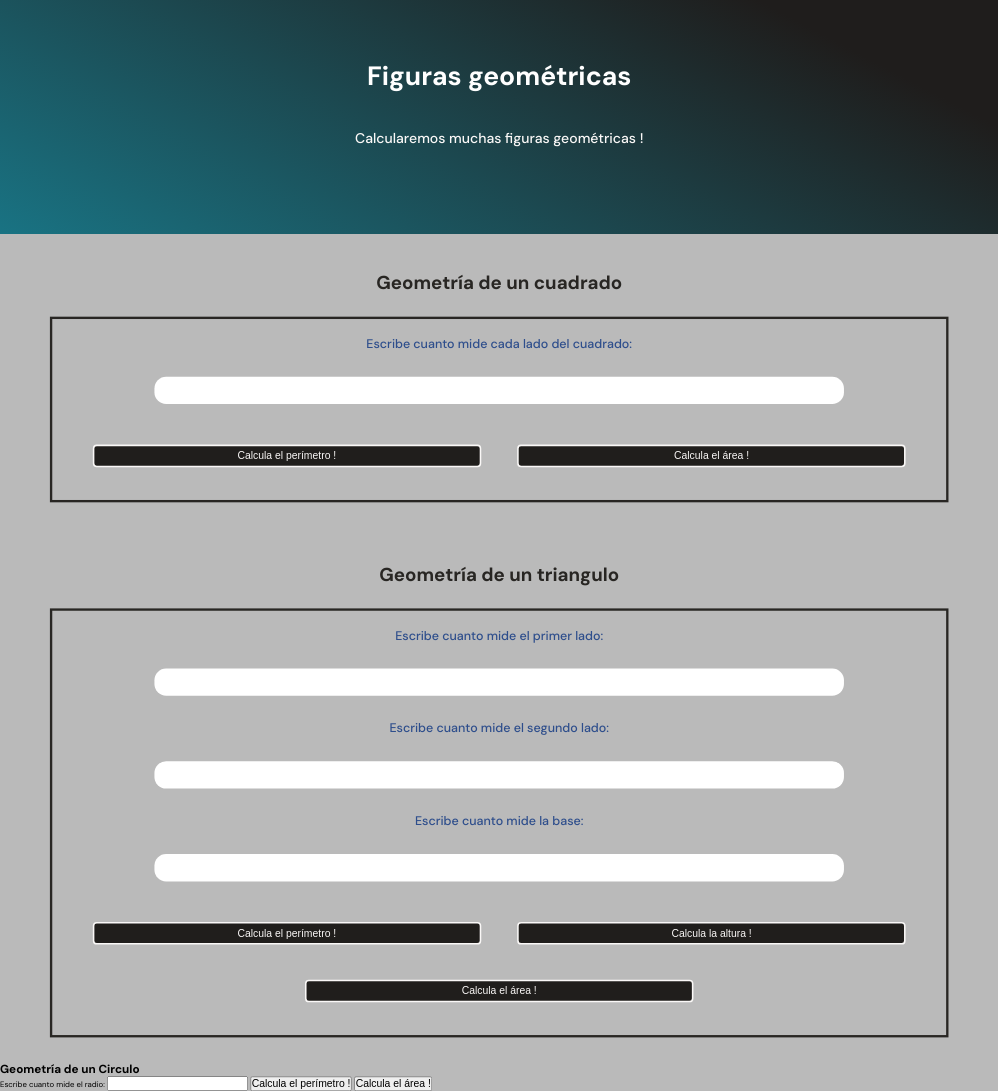
Repository: ChristianGecchelin/javascript-project
Page: javascript-project/figuras-geometricas/figuras.html
These files come from the project's save history. The page is drawn as it stood at one moment and after the next save; the edit follows.
The browser window is 1280 px wide. The pictures show the whole page, at 78% of full size.

Above is the page before, as saved 2021-12-02 00:04:30.

### javascript-project/figuras-geometricas/figuras.html
<!DOCTYPE html>
<html lang="en">
  <head>
    <meta charset="UTF-8" />
    <meta http-equiv="X-UA-Compatible" content="IE=edge" />
    <meta name="viewport" content="width=device-width, initial-scale=1.0" />
    <title>Figuras geométricas | Proyecto 1</title>
    <link rel="preconnect" href="https://fonts.googleapis.com" />
    <link rel="preconnect" href="https://fonts.gstatic.com" crossorigin />
    <link
      href="https://fonts.googleapis.com/css2?family=DM+Sans:wght@400;500;700&family=Inter:wght@300;500&display=swap"
      rel="stylesheet"
    />
    <link rel="stylesheet" href="./style.css" />
  </head>
  <body>
    <header>
      <div class="header--title-container">
        <h1>Figuras geométricas</h1>
        <p>Calcularemos muchas figuras geométricas !</p>
      </div>
    </header>
    <main>
      <section class="main-calculadora-contenedor">
        <h2 class="main-calculadora-contenedor--title">
          Geometría de un cuadrado
        </h2>
        <div class="main-calculadora-form-contenedor">
          <form action="">
            <label class="form--label-input" for=""
              >Escribe cuanto mide cada lado del cuadrado:</label
            >
            <input class="form--input" type="number" id="inputCuadrado" />
            <button
              class="form--input-boton"
              type="button"
              onclick="calcularPerimetroCuadrado()"
            >
              Calcula el perímetro !
            </button>
            <button
              class="form--input-boton"
              type="button"
              onclick="calcularAreaCuadrado()"
            >
              Calcula el área !
            </button>
            <!-- type button, para quitarle el submit por defecto y que no me redireccione a ningun lado -->
          </form>
        </div>
      </section>
      <section class="main-calculadora-contenedor">
        <h2 class="main-calculadora-contenedor--title">
          Geometría de un triangulo
        </h2>
        <div class="main-calculadora-form-contenedor">
          <form action="">
            <label class="form--label-input" for=""
              >Escribe cuanto mide el primer lado:</label
            >
            <input class="form--input" type="number" id="inputLado1" />
            <label class="form--label-input" for=""
              >Escribe cuanto mide el segundo lado:</label
            >
            <input class="form--input" type="number" id="inputLado2" />
            <label class="form--label-input" for=""
              >Escribe cuanto mide la base:</label
            >
            <input class="form--input" type="number" id="inputBase" />
            <button
              class="form--input-boton"
              type="button"
              onclick="calcularPerimetroTriangulo()"
            >
              Calcula el perímetro !
            </button>
            <button
              class="form--input-boton"
              type="button"
              onclick="calcularAlturaTriangulo()"
            >
              Calcula la altura !
            </button>
            <button
              class="form--input-boton"
              type="button"
              onclick="calcularAreaTriangulo()"
            >
              Calcula el área !
            </button>
            <!-- type button, para quitarle el submit por defecto y que no me redireccione a ningun lado -->
          </form>
        </div>
      </section>
      <section>
        <h2>Geometría de un Circulo</h2>
        <form action="">
          <label for="">Escribe cuanto mide el radio:</label>
          <input type="number" id="inputRadio" />
          <button type="button" onclick="calcularPerimetroCirculo()">
            Calcula el perímetro !
          </button>
          <button type="button" onclick="calcularAreaCirculo()">
            Calcula el área !
          </button>
          <!-- type button, para quitarle el submit por defecto y que no me redireccione a ningun lado -->
        </form>
      </section>
    </main>
    <script src="./figurasConFunciones.js"></script>
  </body>
</html>

### javascript-project/figuras-geometricas/style.css
:root {
  --Dark-lightblue: #197383;
  --soft-orange: #ffe9d5;
  --secondary-blue: #1a9af7;
  --soft-blue: #e7f5ff;
  --warm-black: #201e1c;
  --black: #282623;
  --grey: #bababa;
  --off-white: #faf8f7;
  --just-white: #fff;
}
* {
  box-sizing: border-box;
  margin: 0;
  padding: 0;
}
html {
  font-size: 62.5%;
  font-family: "DM Sans", sans-serif;
}
header {
  position: relative;
  display: flex;
  flex-direction: column;
  justify-content: center;
  width: 100%;
  min-width: 320px;
  height: 300px;
  text-align: center;
  background: linear-gradient(207.8deg, #1f1d1c 16.69%, #197383 100%);
}
header .header--title-container {
  width: 90%;
  min-width: 288px;
  max-width: 900px;
  height: 200px;
  text-align: center;
  align-self: center;
}
header .header--title-container h1 {
  margin-top: 30px;
  margin-bottom: 50px;
  font-size: 3.4rem;
  font-weight: 700;
  line-height: 3.6rem;
  color: var(--just-white);
}
header .header--title-container p {
  font-size: 1.8rem;
  font-weight: 500;
  line-height: 2.2rem;
  color: var(--off-white);
}
main {
  width: 100%;
  height: auto;
  background-color: var(--grey);
  min-width: 320px;
}
.main-calculadora-contenedor {
  width: 90%;
  min-width: 280px;
  height: auto;
  margin: 0 auto;
  padding-top: 50px;
  padding-bottom: 30px;
  text-align: center;
}
.main-calculadora-contenedor--title {
  margin-bottom: 30px;
  font-size: 2.4rem;
  font-weight: 700;
  line-height: 2.6rem;
  color: var(--black);
}
.main-calculadora-form-contenedor {
  display: flex;
  flex-direction: column;
  justify-content: center;
  height: auto;
  border: 3px solid var(--black);
  padding: 20px 20px;
}
.main-calculadora-form-contenedor .form--label-input {
  display: block;
  font-size: 1.6rem;
  font-weight: 500;
  line-height: 2.4rem;
  color: rgba(34, 68, 136, 0.92);
}
.main-calculadora-form-contenedor .form--input {
  display: block;
  width: 80%;
  height: 35px;
  margin: 30px auto;
  border: none;
  border-radius: 15px;
  text-align: center;
  font-size: 2rem;
  font-weight: 500;
}
.main-calculadora-form-contenedor .form--input:focus {
  border: 5px solid var(--Dark-lightblue);
  width: 85%;
  border-radius: 15px;
}
.main-calculadora-form-contenedor .form--input-boton {
  width: 45%;
  height: auto;
  margin: 2%;
  padding: 5px 10px;
  border: 2px solid var(--off-white);
  border-radius: 5px;
  background-color: var(--warm-black);
  color: var(--off-white);
}

### javascript-project/figuras-geometricas/figurasConFunciones.js
/* Codigo del cuadrado */
console.group("Cuadrado");
function perimetroCuadrado(lado) {
  return lado * 4;
}
/* console.log(`Perimetro del cuadrado es: ${perimetroCuadrado} cm.`); */
function areaCuadrado(lado) {
  return (
    lado ** 2
  ); /* debe estar escrito de igual manera el parametro que el return */
}

/* console.log(`El area del cuadrado es: ${areaCuadrado} cm^2.`); */
console.groupEnd();

/* Codigo del triangulo */
console.group("Triangulo");

function perimetroTriangulo(lado1, lado2, base) {
  return lado1 + lado2 + base;
}
function calcularAltura(lado1, lado2, lado3) {
  let ladosIguales;
  let ladoBase;
  let altura;

  if (
    lado1 + lado2 <= lado3 ||
    lado1 + lado3 <= lado2 ||
    lado2 + lado3 <= lado1
  ) {
    alert(
      "En un triangulo la base no puede ser mayor a la suma de sus catetos"
    );
  } else {
    switch (true) {
      case lado1 === lado2:
        ladosIguales = lado1;
        ladoBase = lado3;
        break;
      case lado1 === lado3:
        ladosIguales = lado1;
        ladoBase = lado2;
        break;
      case lado3 === lado2:
        ladosIguales = lado2;
        ladoBase = lado1;
        break;
    }
    if (!ladosIguales) {
      alert("Tu triangulo no es isosceles, ingresa la altura");
    } else {
      altura = Math.sqrt(ladosIguales ** 2 - ladoBase ** 2 / 4);
    }
  }
  return ladosIguales, ladoBase, altura;
}
function areaTriangulo(ladoBase, altura) {
  return (
    (ladoBase * altura) / 2
  ); /* tengo que llamar a la funcion altura para pasarle el dato */
}
console.groupEnd();

//Codigo Circulo
console.group("Circulo");
function diametroCirculo(radio) {
  return radio * 2;
}
const pi = Math.PI;
function circunferencia(radio) {
  const diametro = diametroCirculo(radio);
  /* llamo a una funcion dentro de otra y creo una variable que tiene alcance local */
  return diametro * pi;
}
function superficieCirculo(radio) {
  return pi * radio ** 2;
}

console.groupEnd();
/* Creo una funcion, que a traves del id obtengo lo que el usuario ingreso en el input. y con eso le saco el value que le paso
a la funcion que cree antes y es la encargada de hacer el calculo para luego mostrarse en un aler */
function calcularPerimetroCuadrado() {
  const input = document.getElementById("inputCuadrado");
  const value = input.value;
  const perimetro = perimetroCuadrado(value);
  alert(perimetro);
}
function calcularAreaCuadrado() {
  const input = document.getElementById("inputCuadrado");
  const value = input.value;
  const area = areaCuadrado(value);
  alert(area);
}

function calcularPerimetroTriangulo() {
  const inputLado1 = document.getElementById("inputLado1");
  const valueLado1 = Number(inputLado1.value);
  const inputLado2 = document.getElementById("inputLado2");
  const valueLado2 = Number(inputLado2.value);
  const inputBase = document.getElementById("inputBase");
  const valueBase = Number(inputBase.value);
  /* Es importante ponerle number porque por mas que el input tenga type number, este lo transforma como un string */
  const perimetro = perimetroTriangulo(valueLado1, valueLado2, valueBase);
  alert(perimetro);
}

function calcularAlturaTriangulo() {
  const inputLado1 = document.getElementById("inputLado1");
  const valueLado1 = Number(inputLado1.value);
  const inputLado2 = document.getElementById("inputLado2");
  const valueLado2 = Number(inputLado2.value);
  const inputBase = document.getElementById("inputBase");
  const valueBase = Number(inputBase.value);
  const alturaTriangulo = calcularAltura(valueLado1, valueLado2, valueBase);
  alert(alturaTriangulo);
}

function calcularAreaTriangulo() {
  /* const inputAltura = document.getElementById("inputAltura");
  const valueAltura = Number(inputAltura.value);
  const inputBase = document.getElementById("inputBase");
  const valueBase = inputBase.value;
  const area = areaTriangulo(valueAltura, valueBase);
  alert(area); */
  const inputLado1 = document.getElementById("inputLado1");
  const valueLado1 = Number(inputLado1.value);
  const inputLado2 = document.getElementById("inputLado2");
  const valueLado2 = Number(inputLado2.value);
  const inputBase = document.getElementById("inputBase");
  const valueBase = Number(inputBase.value);
  const altura = calcularAltura(valueLado1, valueLado2, valueBase);
  const area = areaTriangulo(valueBase, altura);
  alert(area);
}

function calcularPerimetroCirculo() {
  const inputRadio = document.getElementById("inputRadio");
  const valueRadio = inputRadio.value;
  const perimetro = circunferencia(valueRadio);
  alert(perimetro);
}
function calcularAreaCirculo() {
  const inputRadio = document.getElementById("inputRadio");
  const valueRadio = inputRadio.value;
  const superficie = superficieCirculo(valueRadio);
  alert(superficie);
}

After the next save:
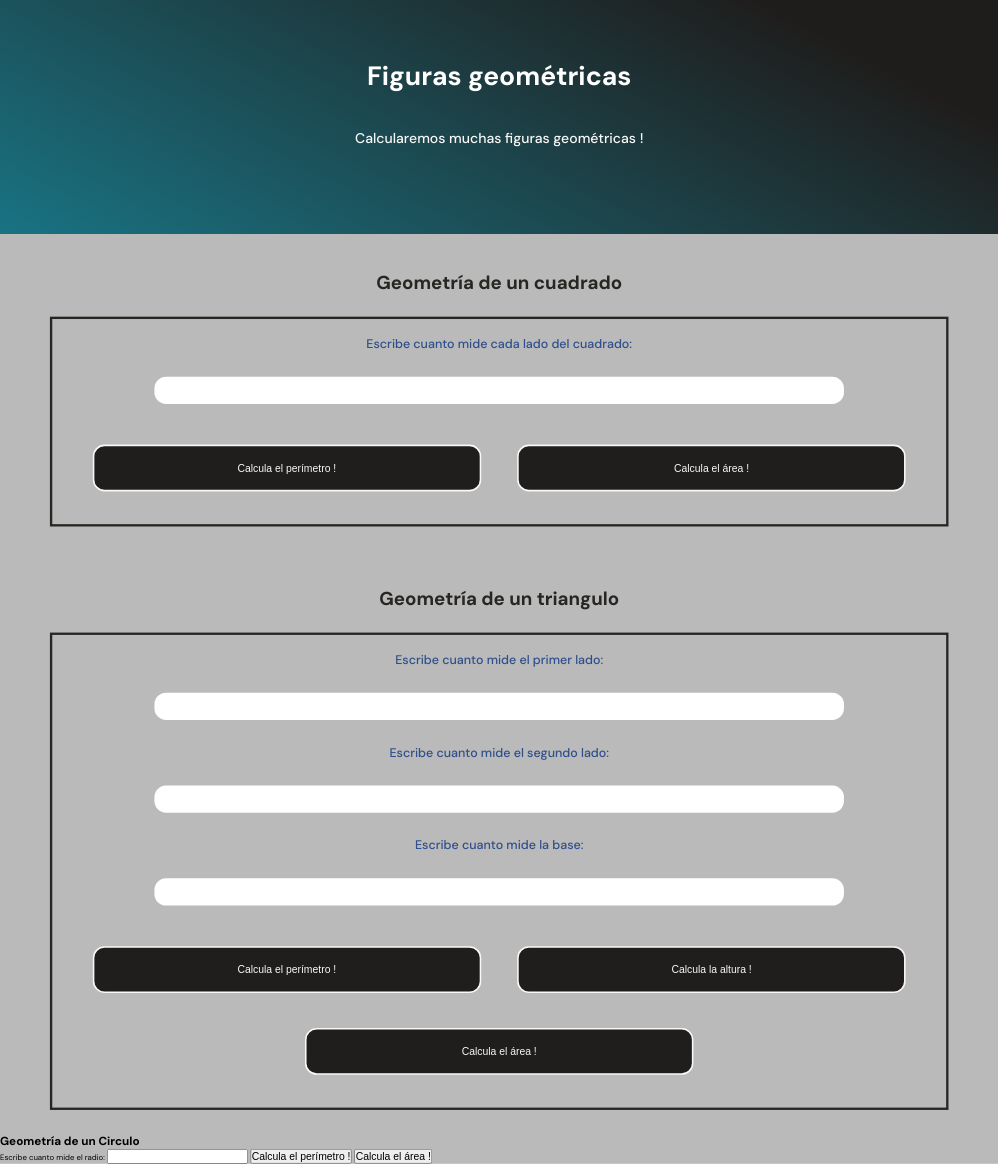
Saved 2 min 49 s later.
--- a/javascript-project/figuras-geometricas/style.css
+++ b/javascript-project/figuras-geometricas/style.css
@@ -106,11 +106,11 @@ main {
 }
 .main-calculadora-form-contenedor .form--input-boton {
   width: 45%;
-  height: auto;
+  height: 60px;
   margin: 2%;
   padding: 5px 10px;
   border: 2px solid var(--off-white);
-  border-radius: 5px;
+  border-radius: 15px;
   background-color: var(--warm-black);
   color: var(--off-white);
 }
